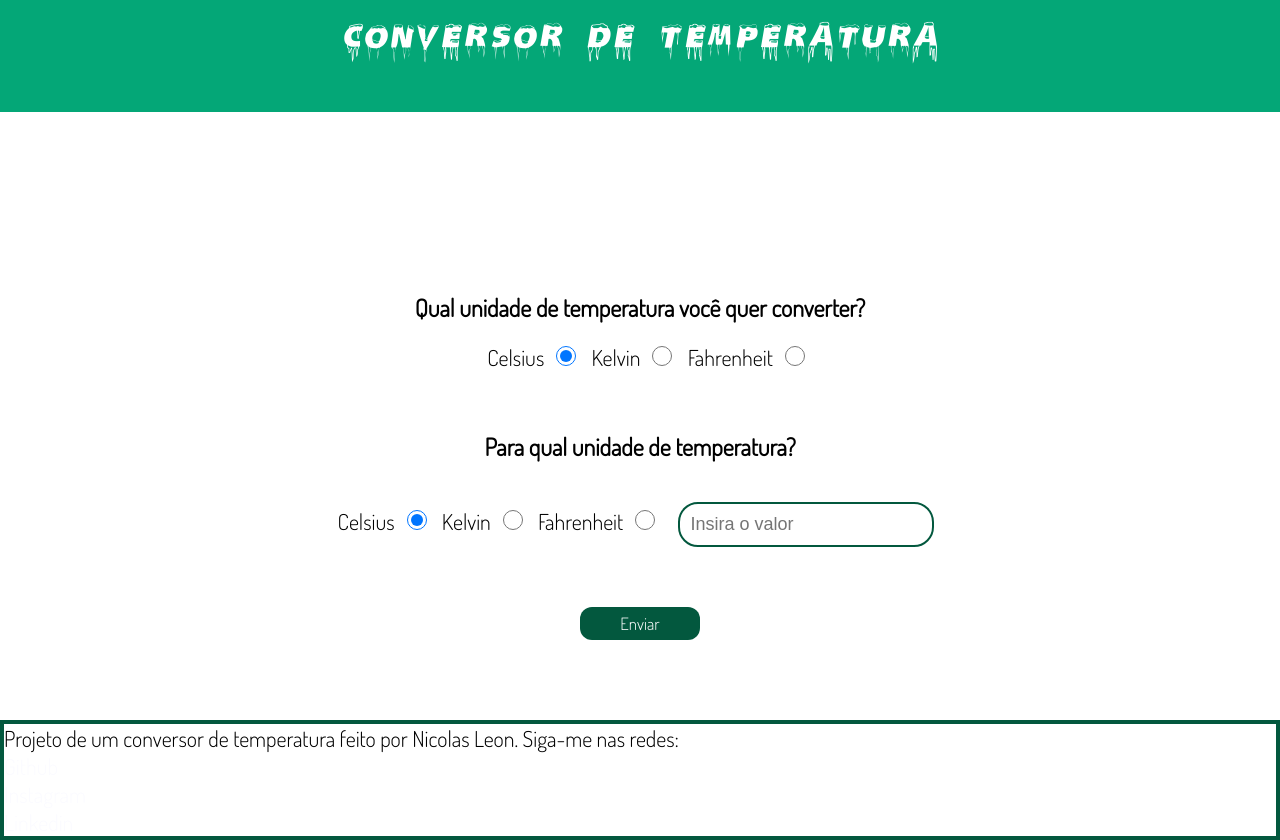
Repository: Leonngc/Conversor-de-temperatura
Page: index.html
The author's editor kept a copy of each file at every save. The page is drawn from the files as they stood at one save, then again after the next save.
The browser window is 1280 px wide. The pictures show the whole page.
Some icons come from a web library that is not loaded, so they are not drawn.

Above is the page before, as saved 2023-02-10 23:39:06.

After the next save:
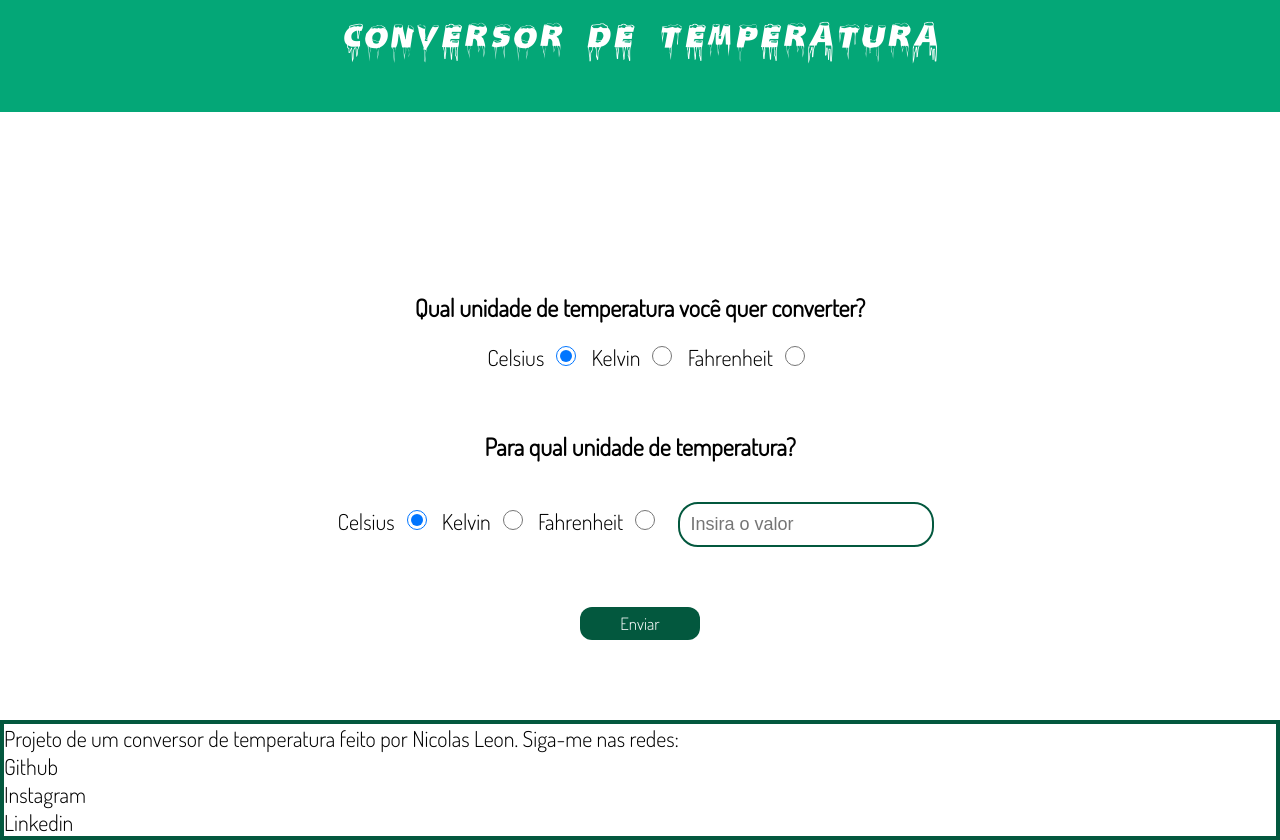
Saved 18 s later.
--- a/style.css
+++ b/style.css
@@ -134,6 +134,6 @@ footer{
     font-family: var(--dosis);
 }
 
-footer > a{
+footer > ul > li > a{
     color: black;
 }
